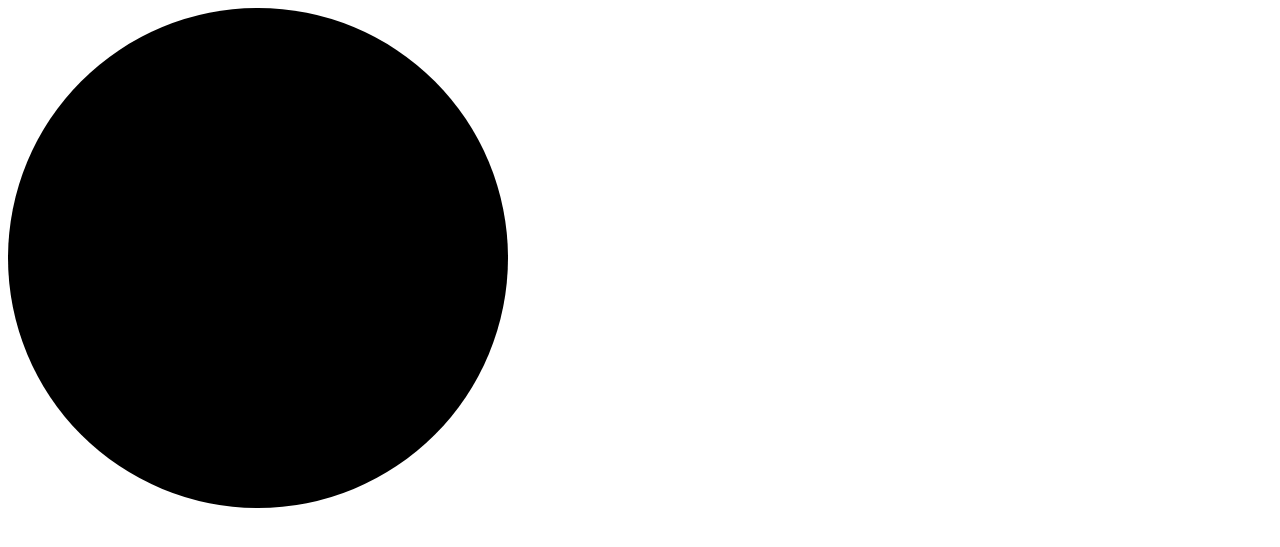
Repository: vasucp1207/framer-motion
Page: /
The author's editor kept a copy of each file at every save. The page is drawn from the files as they stood at one save, then again after a run of saves.
The browser window is 1280 px wide. The pictures show the whole page.
The project was rebuilt for these pictures with package versions that can differ from the ones it lists, and the page was loaded fresh each time. Also part of the build but not shown: src/index.css.

Above is the page before, as saved 2022-07-28 00:30:02.

After the next 3 saves:
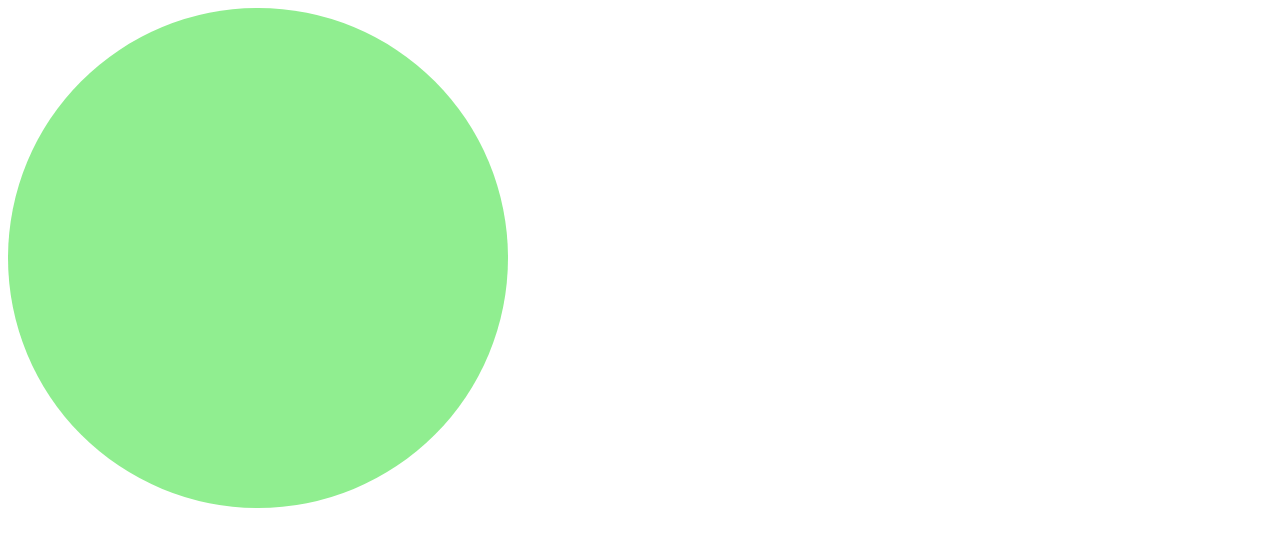
The 3 saves are shown as one change because they came seconds apart.
The last was saved 8 s later.
--- a/src/App.css
+++ b/src/App.css
@@ -2,6 +2,5 @@
   width: 500px;
   height: 500px;
   border-radius: 50%;
-  color: lightgreen;
-  background-color: black;
+  background-color: lightgreen;
 }
